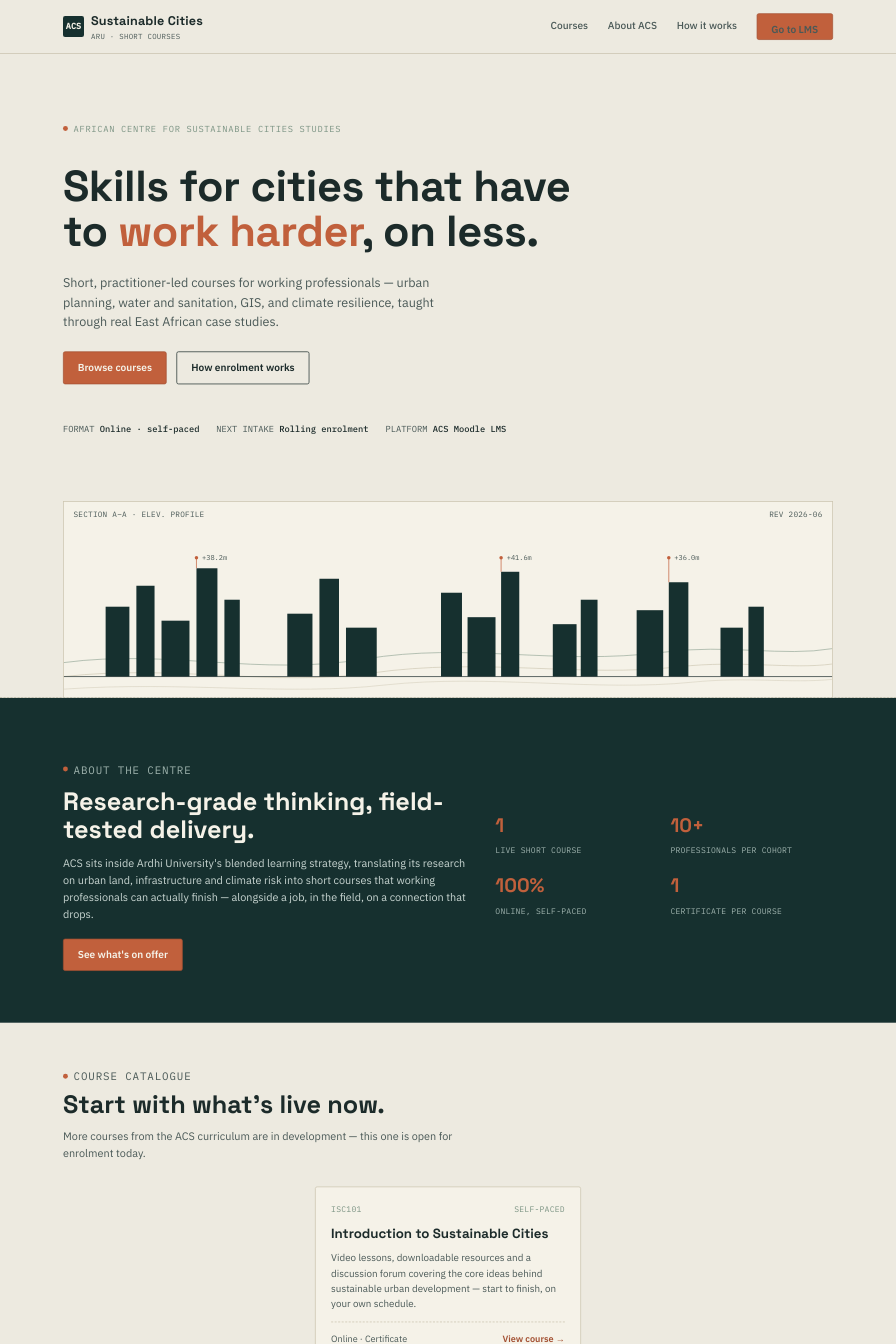
Repository: stephanmbuya6-cyber/ACS-LMS-Project
Page: index.html
These files come from the project's save history. The page is drawn as it stood at one moment and after the next save; the edit follows.
The browser window is 1280 px wide. The pictures show the part of the page from y = 0 to 1920 px (the page is 3225 px tall), at 70% of full size.

Above is the page before, as saved 2026-06-21 16:55:40.

After the next save:
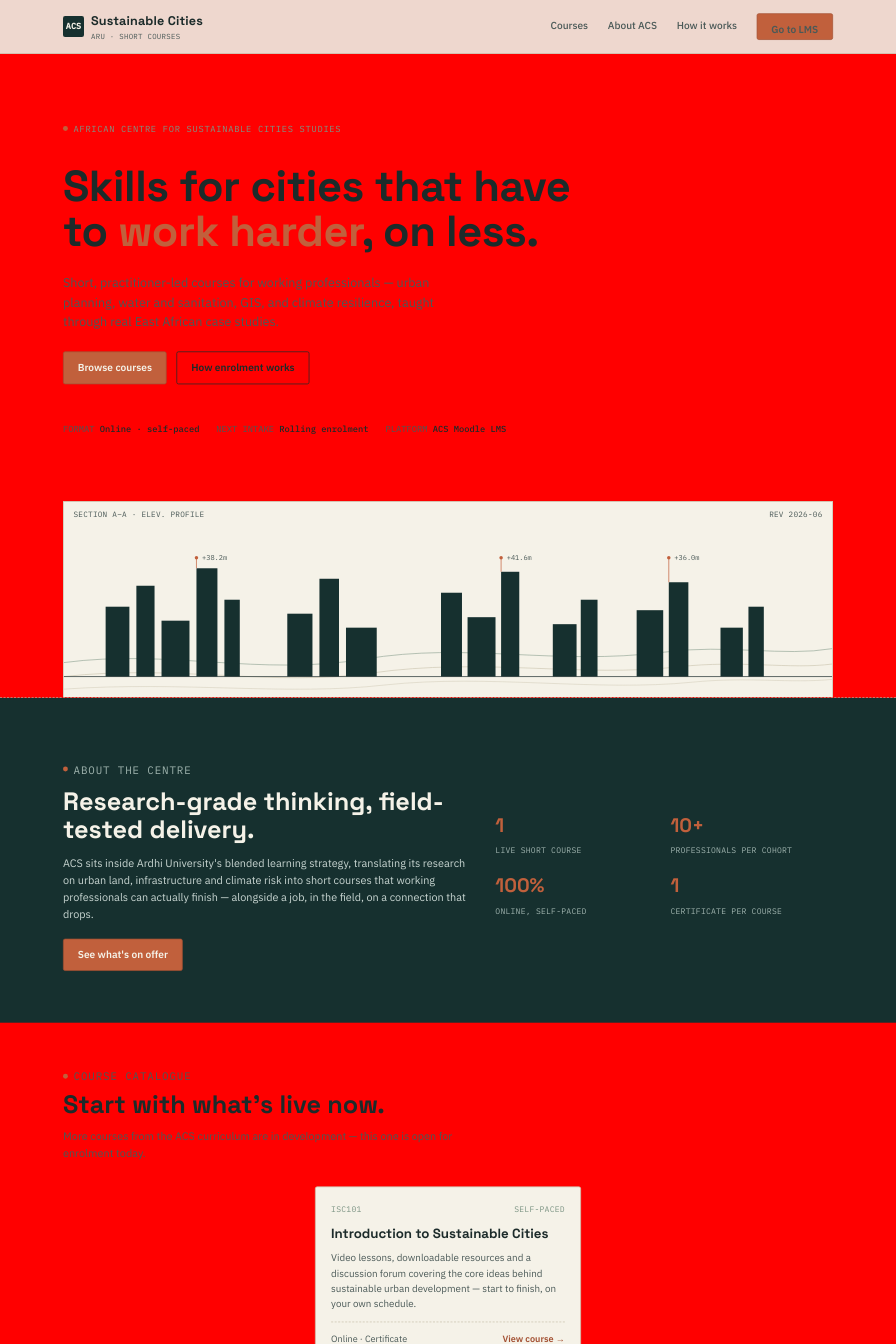
Saved 45 h 37 min later.
--- a/index.html
+++ b/index.html
@@ -9,7 +9,7 @@
 <link href="https://fonts.googleapis.com/css2?family=Space+Grotesk:wght@500;600;700&family=IBM+Plex+Sans:wght@400;500;600&family=IBM+Plex+Mono:wght@400;500&display=swap" rel="stylesheet">
 <style>
   :root{
-    --bg:#EDEAE0;
+    --bg:red;
     --bg-deep:#16302F;
     --ink:#1C2B2A;
     --ink-soft:#4A5957;
@@ -37,7 +37,6 @@
   img,svg{display:block;max-width:100%;}
   a{color:inherit;}
 
-  /* ---- grid paper texture, used as a recurring motif ---- */
   .grid-bg{
     background-image:
       linear-gradient(var(--line) 1px, transparent 1px),
@@ -52,7 +51,6 @@
     padding:0 20px;
   }
 
-  /* ---- survey divider: dashed rule with corner crosshairs ---- */
   .survey-rule{
     position:relative;
     border:none;
@@ -72,7 +70,7 @@
   .survey-rule::before{ left:20px; }
   .survey-rule::after{ right:20px; }
 
-  /* ---- header ---- */
+
   header{
     position:sticky;
     top:0;

After the save that followed:
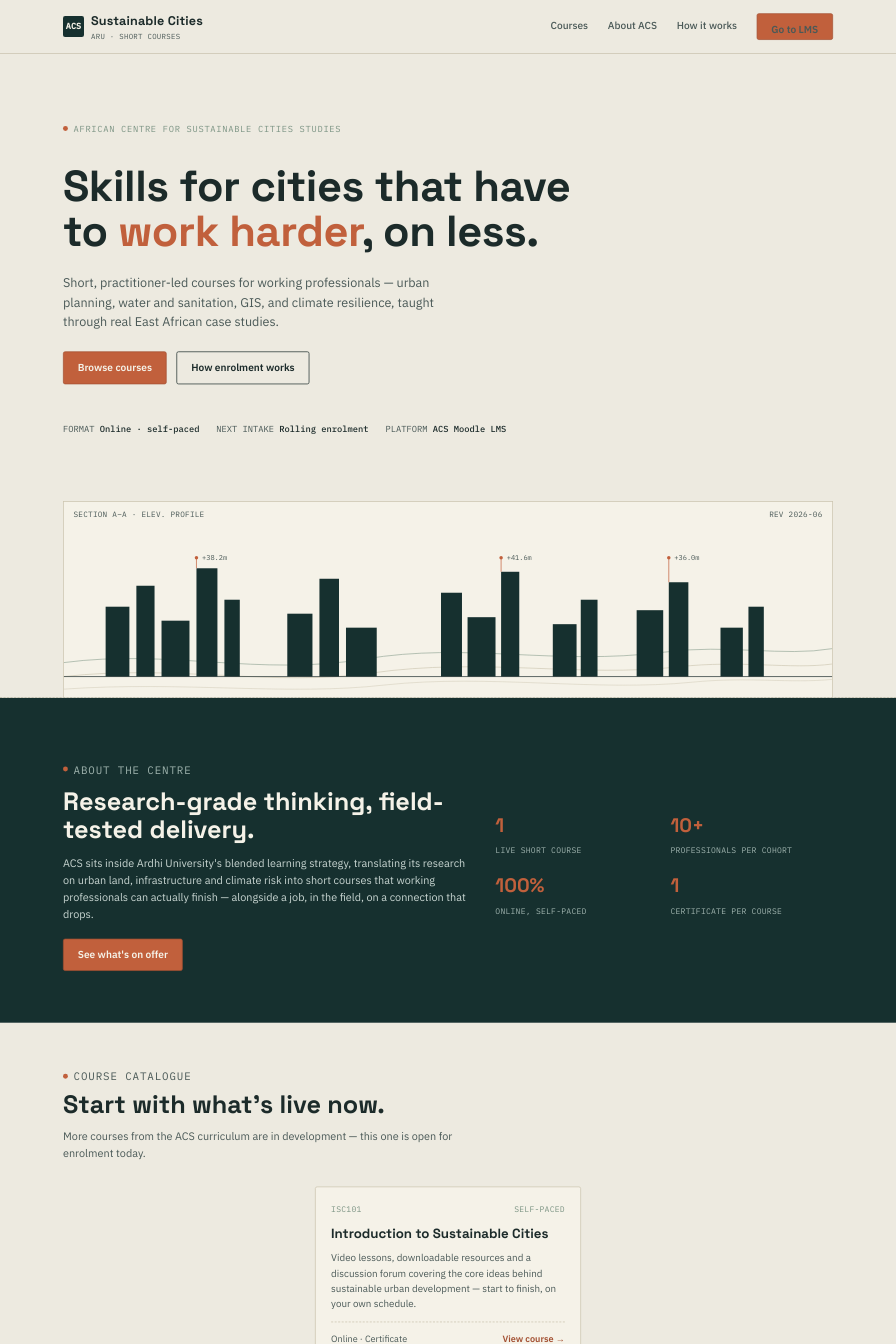
Saved 49 s later.
--- a/index.html
+++ b/index.html
@@ -9,7 +9,7 @@
 <link href="https://fonts.googleapis.com/css2?family=Space+Grotesk:wght@500;600;700&family=IBM+Plex+Sans:wght@400;500;600&family=IBM+Plex+Mono:wght@400;500&display=swap" rel="stylesheet">
 <style>
   :root{
-    --bg:red;
+    --bg:#EDEAE0;
     --bg-deep:#16302F;
     --ink:#1C2B2A;
     --ink-soft:#4A5957;
